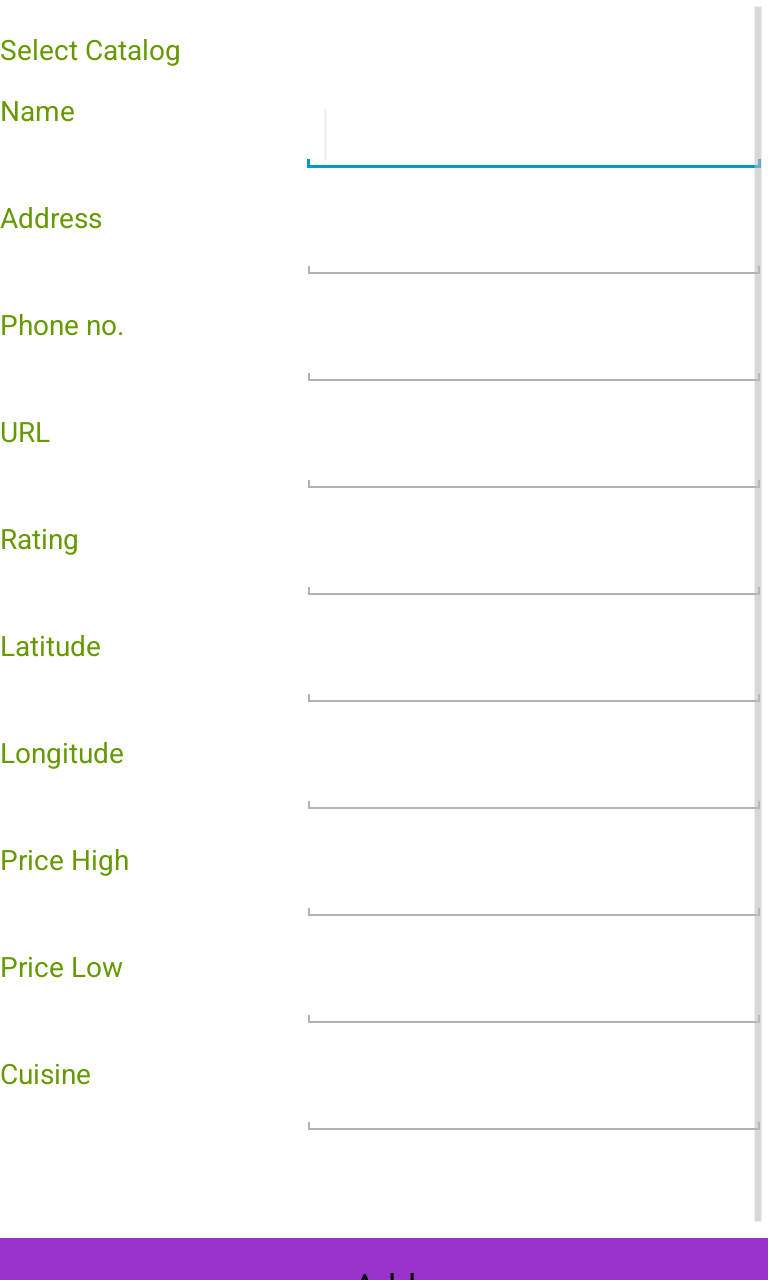
Repository: AungWinnHtut/projAndroid
Layout: com.engineer4myanmar.json.MainActivity/res/layout/activity_detail.xml
An editor plug-in stored every save of this project. The layout is shown before and after the next save, followed by the edit.
It is drawn on a 768 x 1280 px phone screen (xhdpi) without system bars, with theme AppTheme; the app's code is not run.

Above is the layout before, as saved 2015-08-29 00:09:51.

After the next save:
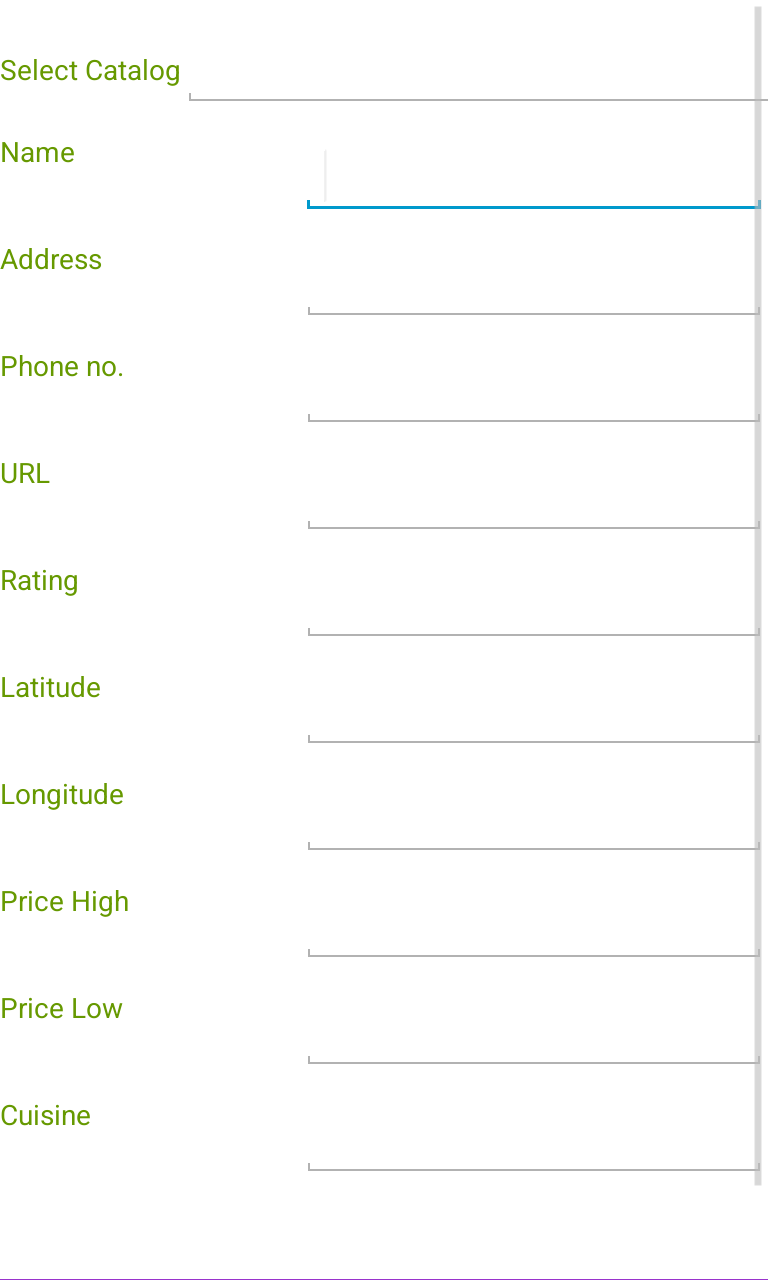
Saved 28 s later.
--- a/com.engineer4myanmar.json.MainActivity/res/layout/activity_detail.xml
+++ b/com.engineer4myanmar.json.MainActivity/res/layout/activity_detail.xml
@@ -30,12 +30,11 @@
                     android:text="Select Catalog"
                     android:textColor="#669900" />
 
-                <TextView
+                <EditText
                     android:id="@+id/txtServiceName"
                     android:layout_width="match_parent"
                     android:layout_height="wrap_content"
                     android:layout_gravity="center"
-                    android:entries="@array/services_arrays"
                     android:gravity="center"
                     android:prompt="@string/services_prompt"
                     android:textColor="#669900" />
